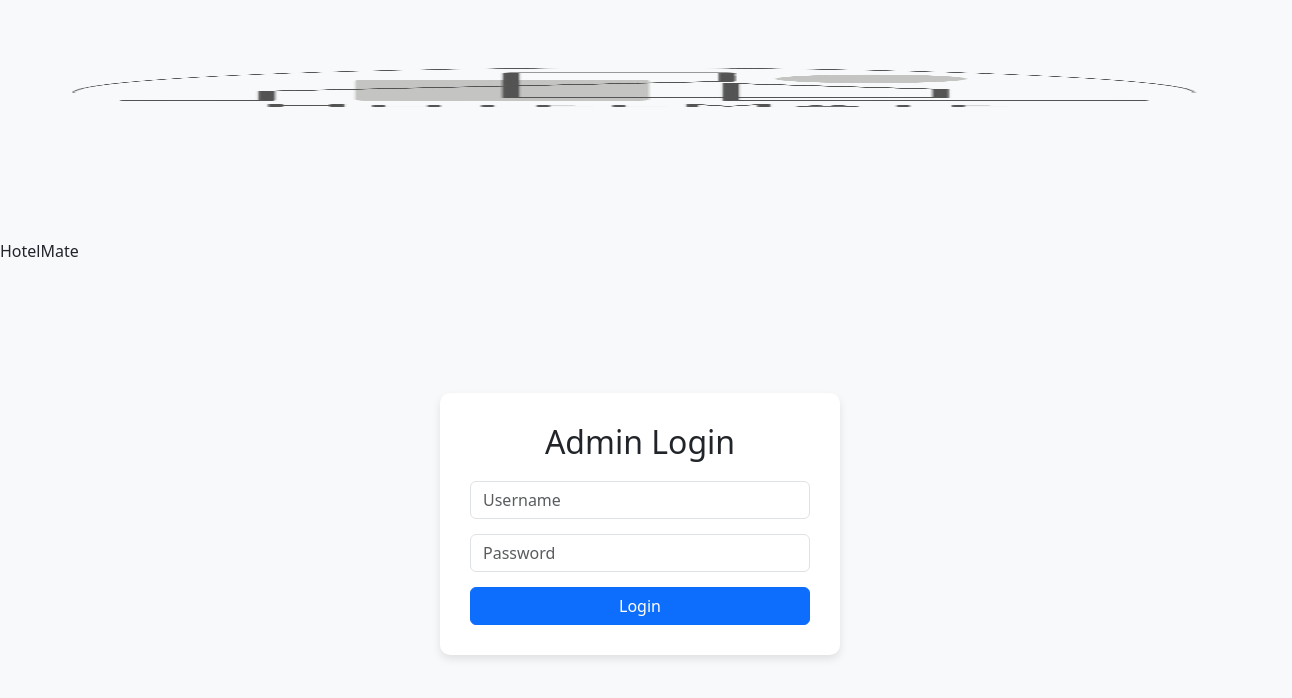
Repository: himanshu2k23/HoteMate
Page: http://localhost/HotelMate/admin/login
An editor plug-in stored every save of this project. The page is shown before and after the next save, followed by the edit.
The browser window is 1280 px wide. The page is 1292 px wide, then 1280 px, so the pictures cover 1292 px, including what lies to the right of the window. The pictures show the whole page.
The page is served by Tomcat 10.

Above is the page before, as saved 2025-01-17 16:15:21.

After the next save:
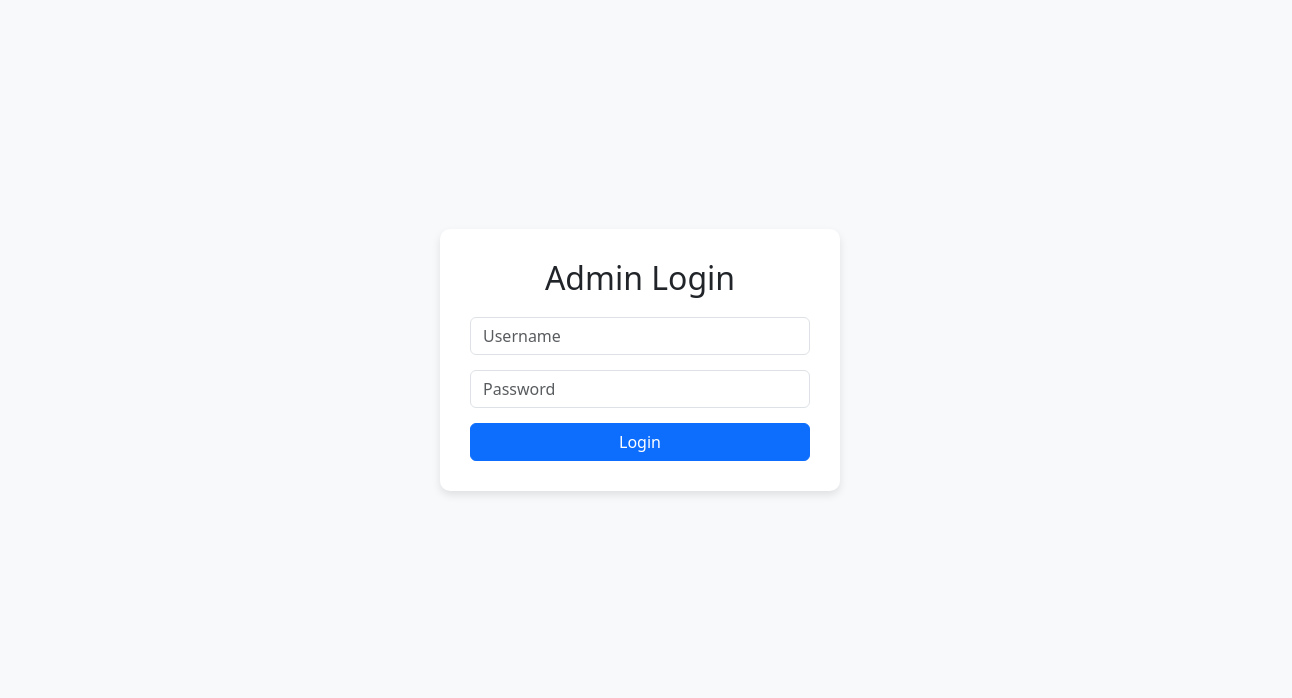
Saved 14 s later.
--- a/HotelMate/src/main/webapp/WEB-INF/admin/login.jsp
+++ b/HotelMate/src/main/webapp/WEB-INF/admin/login.jsp
@@ -40,10 +40,8 @@ body {
 }
 </style>
 </head>
-<body class="row">
-	<img src="http://localhost:8080/HotelMate/Images/HotelmateLogo.png"
-		alt="HotelMate Logo" width="60" height="45" class="d-inline-block">
-	<span class="brand-text">HotelMate</span>
+<body>
+
 	<div class="login-container">
 		<form action="${pageContext.request.contextPath}/admin/login"
 			method="post">
